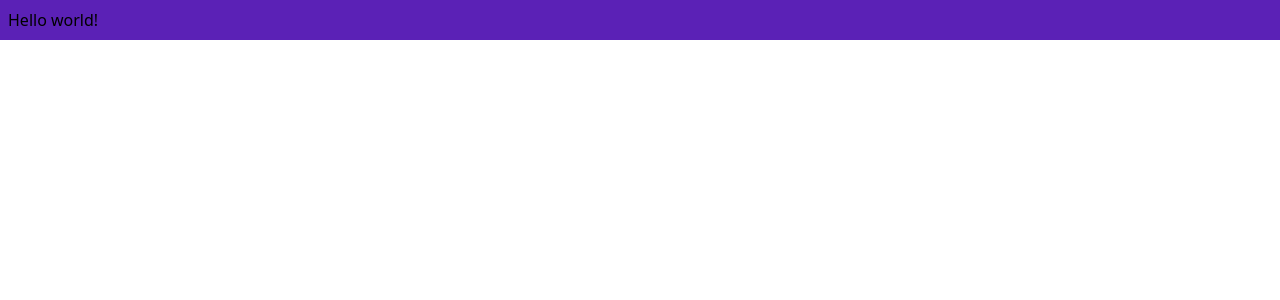
Repository: wandersondacosta/NLW-return-
Page: / (app in web/)
The author's editor kept a copy of each file at every save. The page is drawn from the files as they stood at one save, then again after the next save.
The browser window is 1280 px wide. The pictures show the whole page.
The project was rebuilt for these pictures with package versions that can differ from the ones it lists, and the page was loaded fresh each time. Also part of the build but not shown: web/vite.config.ts.

Above is the page before, as saved 2022-05-02 20:33:58.

After the next save:
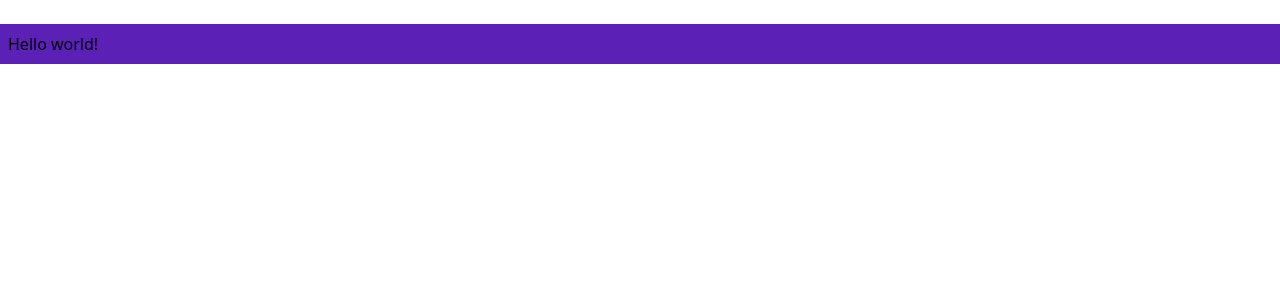
Saved 4 s later.
--- a/web/src/App.tsx
+++ b/web/src/App.tsx
@@ -1,6 +1,6 @@
 function App() {
   return (
-    <div className="bg-violet-800 p-2 mt-6-3">
+    <div className="bg-violet-800 p-2 mt-6">
       <h1>Hello world!</h1>
     </div>
   );

After the save that followed:
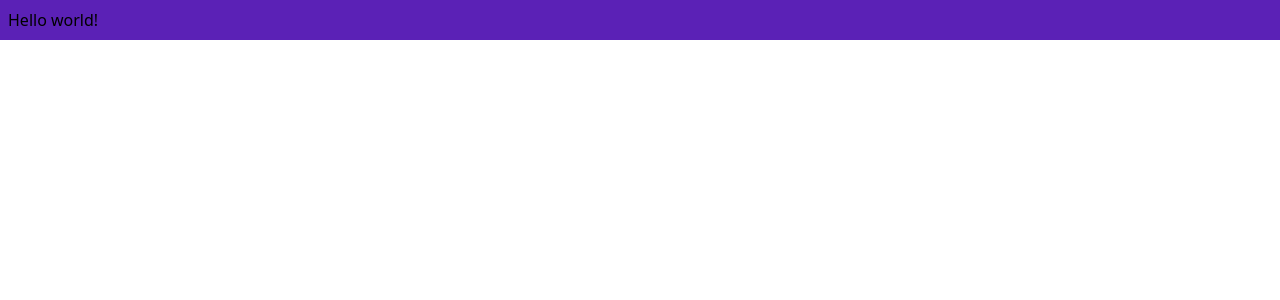
Saved 8 s later.
--- a/web/src/App.tsx
+++ b/web/src/App.tsx
@@ -1,6 +1,6 @@
 function App() {
   return (
-    <div className="bg-violet-800 p-2 mt-6">
+    <div className="bg-violet-800 p-2">
       <h1>Hello world!</h1>
     </div>
   );
